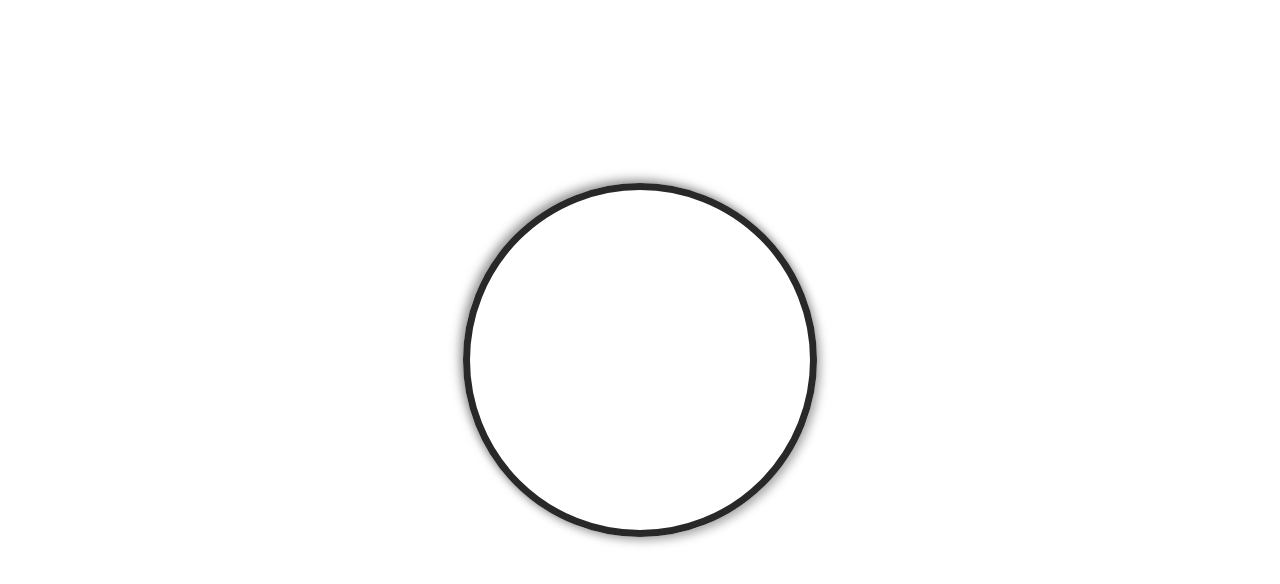
Repository: sunlianglife/code-analysis
Page: css动画/简易时钟/index.html
An editor plug-in stored every save of this project. The page is shown before and after the next save, followed by the edit.
The browser window is 1280 px wide. The pictures show the whole page.

Above is the page before, as saved 2021-08-19 15:44:50.

### css动画/简易时钟/index.html
<!DOCTYPE html>
<html lang="en">
<link>
<meta charset="UTF-8">
<meta http-equiv="X-UA-Compatible" content="IE=edge">
<meta name="viewport" content="width=device-width, initial-scale=1.0">
<title>Document</title>
<link rel="stylesheet" type="text/css" href="./index.css">
</head>

<body>
  <div class="clock">

  </div>

</body>

</html>

### css动画/简易时钟/index.css
html {
  /* background: #282828; */
  text-align: center;
  font-size: 10px;
}

body {
  margin: 0;
  font-size: 2rem;
  display: flex;
  flex: 1;
  min-height: 100vh;
  align-items: center;
}

.clock {
  width: 30rem;
  height: 30rem;
  border: 7px solid #282828;
  box-shadow: -4px -4px 10px rgba(67, 67, 67, 0.5),
    4px 4px 10px rgba(0, 0, 0, 0.3);
    /* inset 4px 4px 10px rgba(0, 0, 0, 0.5); */
    /* inset -4px -4px 10px rgba(67, 67, 67, 0.5),
     */
  border-radius: 50%;
  margin: 50px auto;
  position: relative;
  padding: 2rem;

}

After the next save:
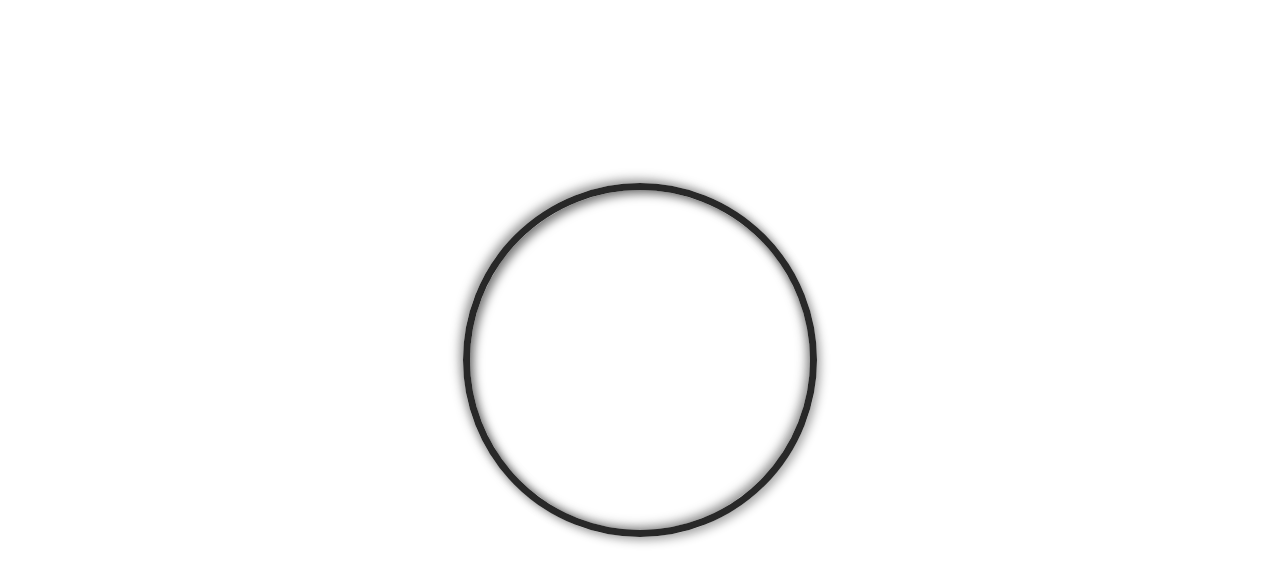
Saved 35 s later.
--- a/css动画/简易时钟/index.css
+++ b/css动画/简易时钟/index.css
@@ -18,10 +18,9 @@ body {
   height: 30rem;
   border: 7px solid #282828;
   box-shadow: -4px -4px 10px rgba(67, 67, 67, 0.5),
-    4px 4px 10px rgba(0, 0, 0, 0.3);
-    /* inset 4px 4px 10px rgba(0, 0, 0, 0.5); */
-    /* inset -4px -4px 10px rgba(67, 67, 67, 0.5),
-     */
+    4px 4px 10px rgba(0, 0, 0, 0.3),
+    inset 4px 4px 10px rgba(0, 0, 0, 0.5),
+    inset -4px -4px 10px rgba(67, 67, 67, 0.5);
   border-radius: 50%;
   margin: 50px auto;
   position: relative;
